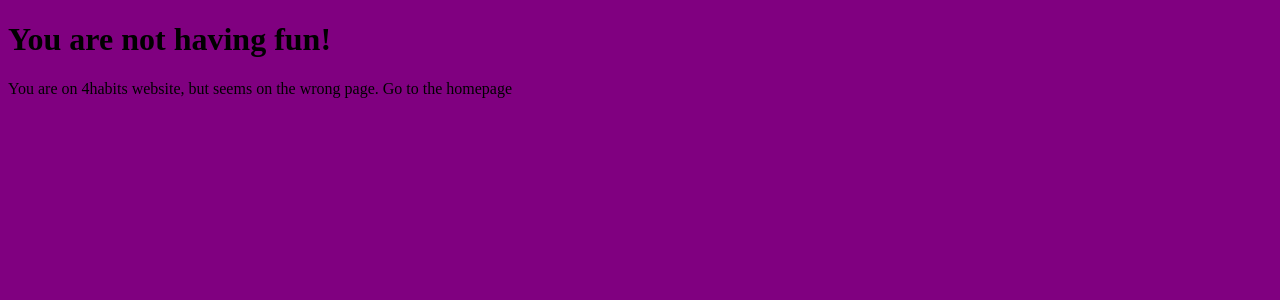
Repository: MLbier/project4habits
Page: public/404.html
The author's editor kept a copy of each file at every save. The page is drawn from the files as they stood at one save, then again after the next save.
The browser window is 1280 px wide. The pictures show the whole page.

Above is the page before, as saved 2021-12-03 13:12:32.

### public/404.html
<!DOCTYPE html>
<html>
<head>
  <title>The page you were looking for doesn't exist (404)</title>
  <meta name="viewport" content="width=device-width,initial-scale=1">
  <style>

  .error-page {
    background-color:purple;
  }
  .rails-default-error-page div.dialog {
    width: 95%;
    max-width: 33em;
    margin: 4em auto 0;
  }

  .rails-default-error-page div.dialog > div {
    border: 1px solid #CCC;
    border-right-color: #999;
    border-left-color: #999;
    border-bottom-color: #BBB;
    border-top: #B00100 solid 4px;
    border-top-left-radius: 9px;
    border-top-right-radius: 9px;
    background-color: white;
    padding: 7px 12% 0;
    box-shadow: 0 3px 8px rgba(50, 50, 50, 0.17);
  }

  .rails-default-error-page h1 {
    font-size: 100%;
    color: #730E15;
    line-height: 1.5em;
  }

  .rails-default-error-page div.dialog > p {
    margin: 0 0 1em;
    padding: 1em;
    background-color: #F7F7F7;
    border: 1px solid #CCC;
    border-right-color: #999;
    border-left-color: #999;
    border-bottom-color: #999;
    border-bottom-left-radius: 4px;
    border-bottom-right-radius: 4px;
    border-top-color: #DADADA;
    color: #666;
    box-shadow: 0 3px 8px rgba(50, 50, 50, 0.17);
  }
  </style>
</head>

<body class="error-page">
  <!-- This file lives in public/404.html -->
  <div class="dialog">
    <div>
      <h1>You are not having fun!</h1>
      <p>You are on 4habits website, but seems on the wrong page. Go to the homepage</p>
    </div>

  </div>
</body>
</html>

After the next save:
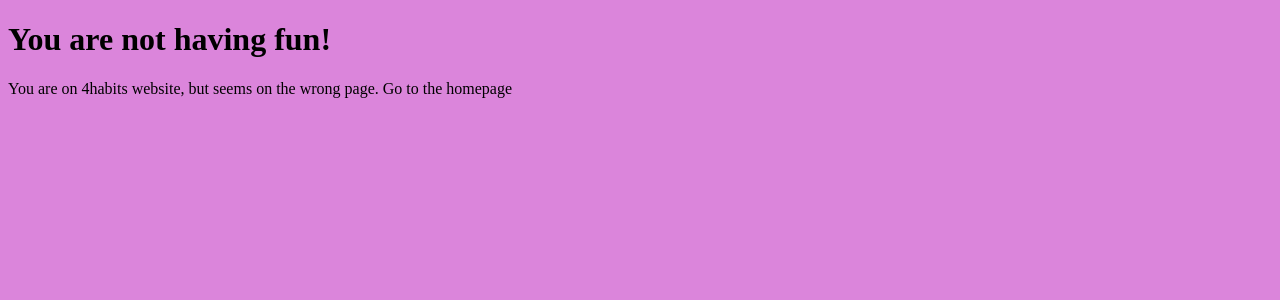
Saved 9 s later.
--- a/public/404.html
+++ b/public/404.html
@@ -6,7 +6,7 @@
   <style>
 
   .error-page {
-    background-color:purple;
+    background-color:rgb(219, 133, 219);
   }
   .rails-default-error-page div.dialog {
     width: 95%;
